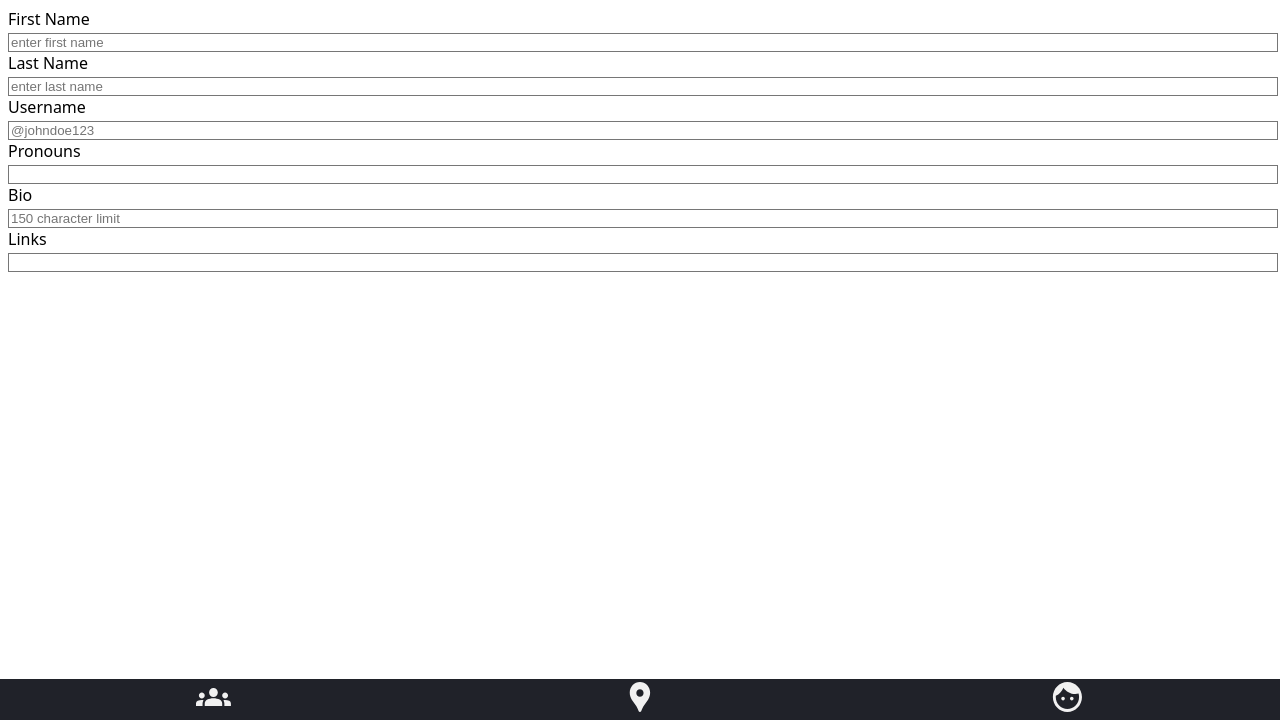
Repository: amolwalia/LocaLens-App
Page: /profile
The author's editor kept a copy of each file at every save. The page is drawn from the files as they stood at one save, then again after the next save.
The browser window is 1280 px wide. The pictures show the whole page.
The project was rebuilt for these pictures with package versions that can differ from the ones it lists, and the page was loaded fresh each time. The framework's server and built-in components were replaced by stand-ins that run in the browser. Also part of the build but not shown: next.config.mjs.

Above is the page before, as saved 2025-05-22 22:13:58.

After the next save:
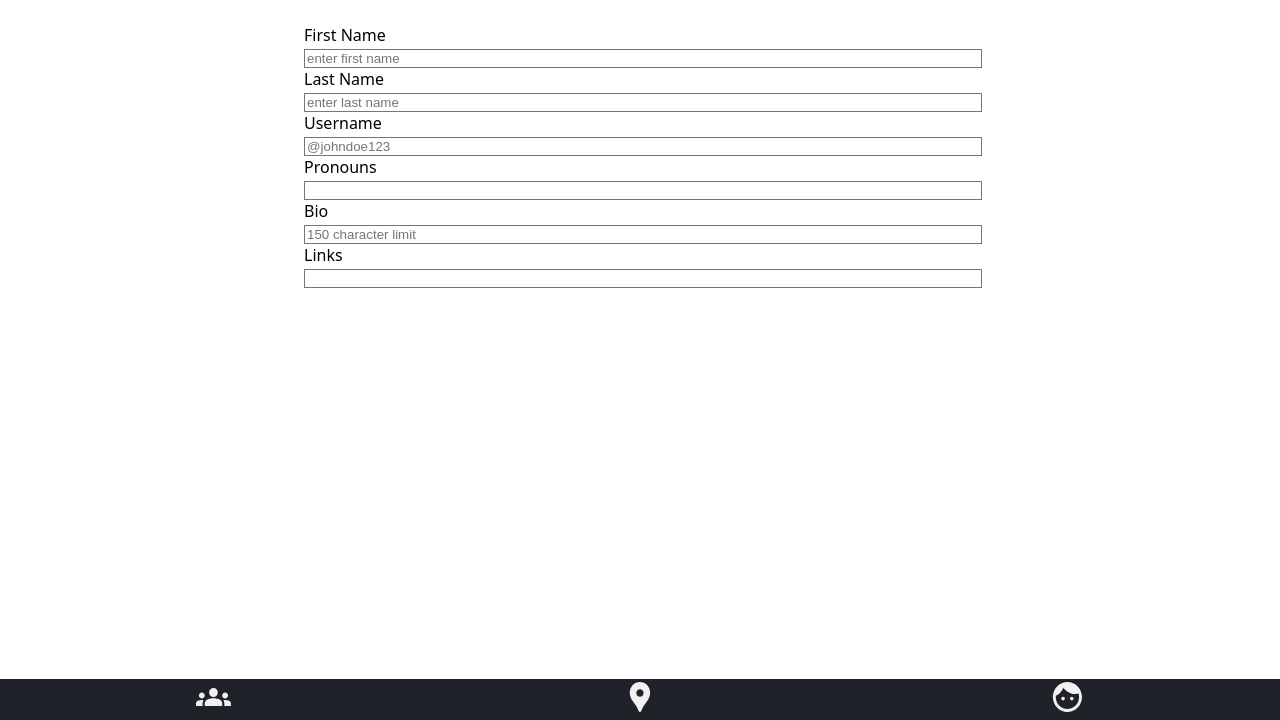
Saved 27 s later.
--- a/app/profile/page.jsx
+++ b/app/profile/page.jsx
@@ -15,7 +15,7 @@
 
 export default function ProfilePage() {
   return (
-    <div className="max-w-2xl mx-auto p-4">
+    <div className="container">
       <NavBar />
       <Input
         label="First Name"

After the save that followed:
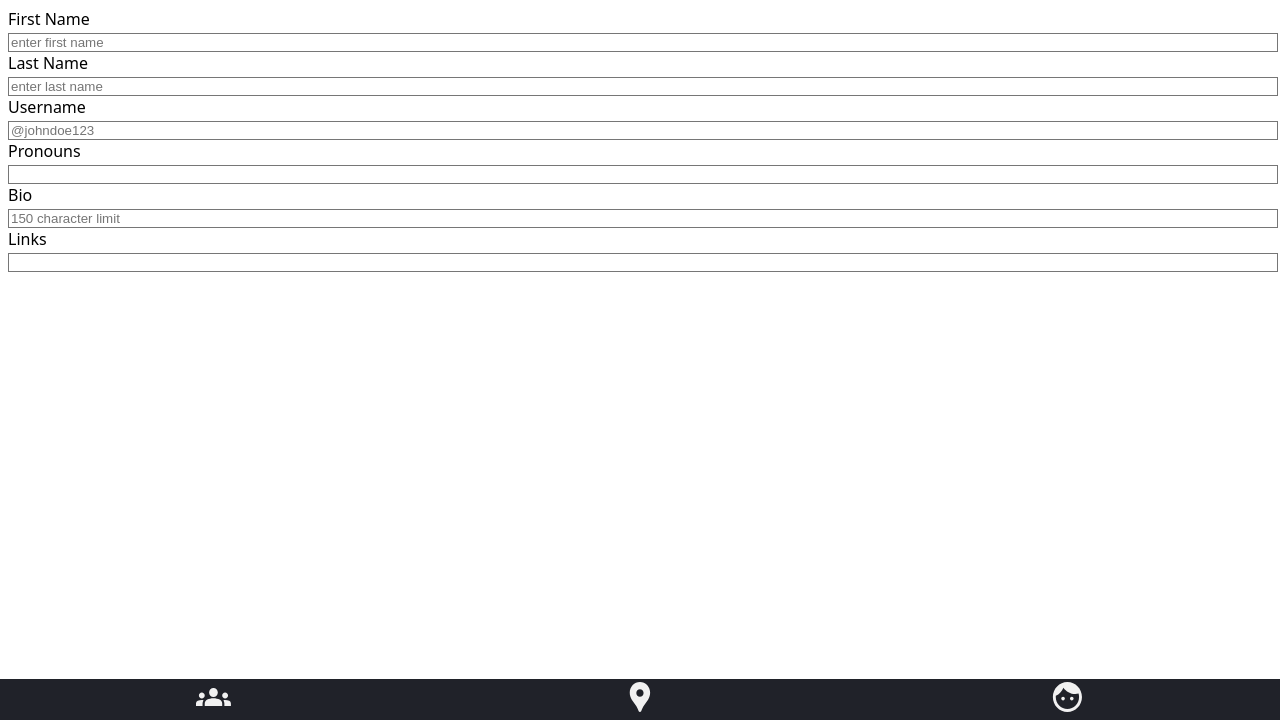
Saved 11 s later.
--- a/app/profile/page.jsx
+++ b/app/profile/page.jsx
@@ -15,7 +15,7 @@
 
 export default function ProfilePage() {
   return (
-    <div className="container">
+    <div className="profilecontainer">
       <NavBar />
       <Input
         label="First Name"
